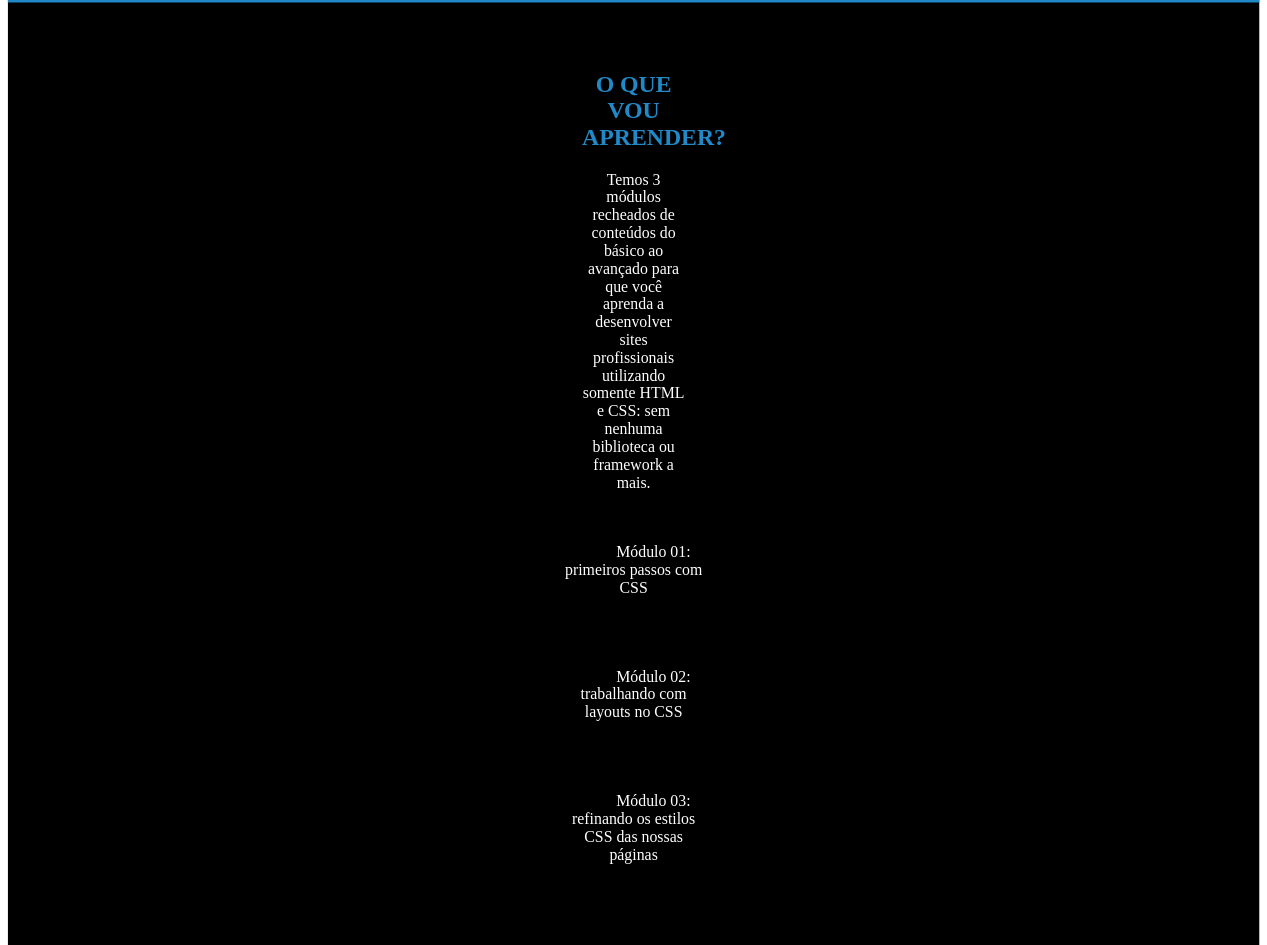
Repository: gustavotwist/trilha-css-desafio-01
Page: index.html
These files come from the project's save history. The page is drawn as it stood at one moment and after the next save; the edit follows.
The browser window is 1280 px wide. The pictures show the part of the page from y = 449 to 1404 px (the page is 2235 px tall before and 2197 px after), at 99% of full size.
A picture or video elsewhere on the page could not be fetched, so the positions and the page height are approximate.

Above is the page before, as saved 2024-07-15 18:51:44.

### index.html
<!DOCTYPE html>
<html lang="en">
<head>
  <meta charset="UTF-8">
  <meta http-equiv="X-UA-Compatible" content="IE=edge">
  <meta name="viewport" content="width=device-width, initial-scale=1.0">
  <title>Trilha de CSS - DIO</title>
  <link rel="stylesheet" href="global.css">
</head>
<body>
  <header class="banner">
    <div class="banner-content">
      <div class="logo">
        <img src="assets/images/logo.png" title="Logotipo Trilha de CSS DIO" alt="Logotipo Trilha de CSS DIO">
      </div>
      <h1>Trilha de CSS da DIO</h1>
      <p>A nova Trilha de CSS da DIO está disponível. Acesse já e aprenda do zero como desenvolver sites profissionais.</p>
      <button>Quero me inscrever</button>
    </div>
  </header>
  <main>
    <section id="course-content">
      <h2>O que vou aprender?</h2>
      <p>
        Temos 3 módulos recheados de conteúdos do básico ao avançado para que você aprenda a
        desenvolver sites profissionais utilizando somente HTML e CSS: sem nenhuma biblioteca ou framework a mais.
      </p>
      <div class="modules-list">
        <div class="module">
          <span>Módulo 01:</span> primeiros passos com CSS
        </div>
        <div class="module">
          <span>Módulo 02:</span> trabalhando com layouts no CSS
        </div>
        <div class="module">
          <span>Módulo 03:</span> refinando os estilos CSS das nossas páginas
        </div>
      </div>
    </section>
    <section id="transform-world">
      <p>TRANSFORME O MUNDO COM A GENTE</p>
    </section>
    <section id="professional-challenges">
      <h2>Evolua e encare novos desafios profissionais</h2>
      <img src="assets/images/professional-challenges.png" title="Homem lendo depoimentos em um tablet" alt="Homem lendo depoimentos em um tablet">
      <p>
        Junte-se ao nosso ecossistema e transforme o mundo com a gente! Todos os dias dezenas de empresas
        acessam a nossa plataforma em busca dos talentos mais criativos, dinâmicos e colaborativos,
        além do conhecimento técnico.
        A nossa missão é te preparar para que você conecte-se com as melhores oportunidades.
      </p>
    </section>
  </main>
  <footer>
    <img class="dio-logo" src="assets/images/dio-logo.png" title="Logotipo DIO com o texto make the change" alt="Logotipo DIO com o texto make the change">
    <p>Acesse <a href="https://dio.me">dio.me</a> e se cadastre agora</p>
  </footer>
</body>
</html>

### global.css
.banner {
    background:url('/assets/images/banner.png'), no-repeat, linear-gradient(to bottom, #030709, #030709 10%, #0a1b23 50%, #030709 95%);
    color:white;
}

h1, h2 {
    color:#2189c7;
    text-transform:uppercase;
}

.banner-content {
    text-align:center;
    padding:70px;
    margin-bottom:30px;
}

.logo img{
    width:180px;
    radial-gradient(#030709, #061216);
}

button {
   background-color:transparent;
   color:#2189c7;
   border:solid #2189c7;
   padding:1em;
   width:22em;
   text-transform:uppercase;
   word-spacing:2px;
}

#course-content{
    border-top: solid  #2189c7;
    margin-top: -30px;
    padding:50px 580px;
    text-align:center;
    background-color:#000000;
}

section, p{
    color: white;
}


.modules-list {
    white-space:pre-wrap;
    margin:-18px;
}

After the next save:
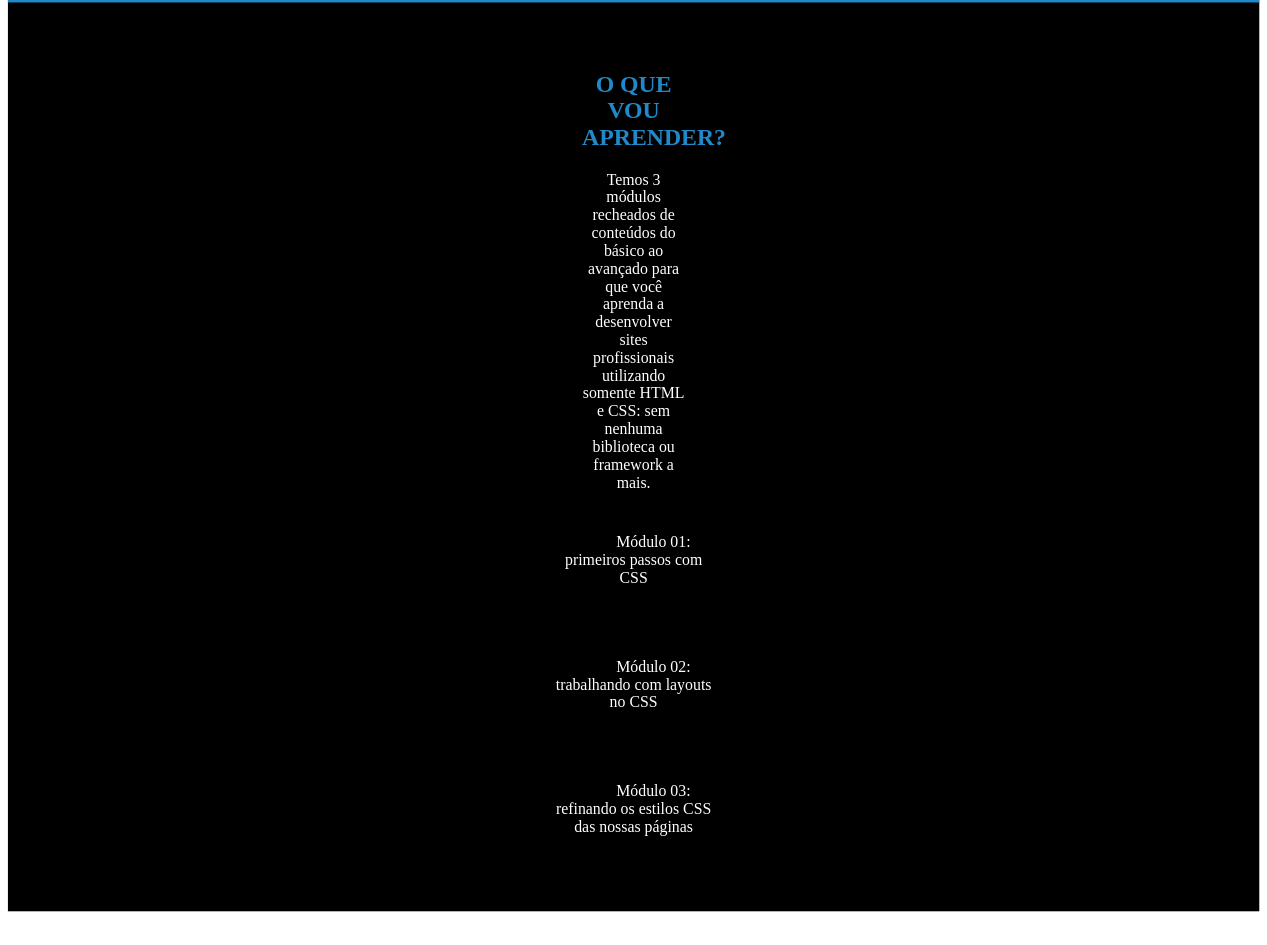
Saved 10 s later.
--- a/global.css
+++ b/global.css
@@ -44,5 +44,5 @@ section, p{
 
 .modules-list {
     white-space:pre-wrap;
-    margin:-18px;
+    margin:-28px;
 }
